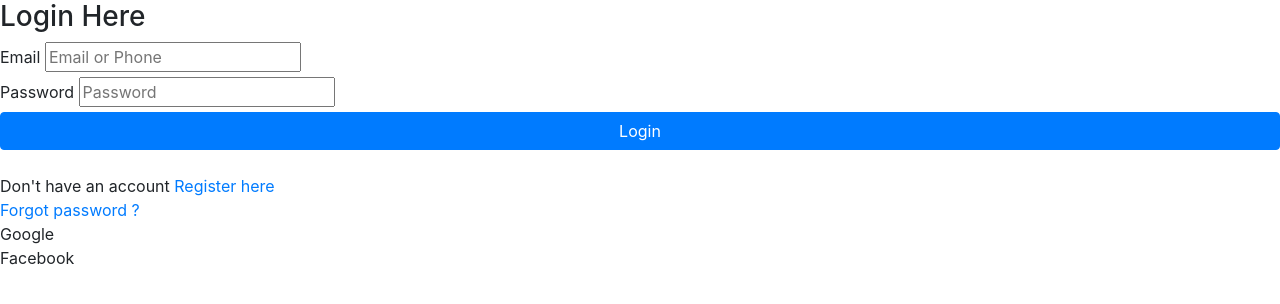
Repository: saroj304/sanolagani
Page: http://localhost/login
An editor plug-in stored every save of this project. The page is shown before and after the next save, followed by the edit.
The browser window is 1280 px wide. The pictures show the whole page.
The page is this project's Thymeleaf template; nobody is signed in. The template is opened directly, without the code that normally fills it, so the values that code supplies are empty.

Above is the page before, as saved 2023-05-29 02:27:01.

### sanolagani/src/main/resources/templates/login.html
<!DOCTYPE html>

<html xmlns="http://www.w3.org/1999/xhtml"
	xmlns:th="http://www.thymeleaf.org">
<head>
<link rel="stylesheet"
	href="https://cdn.jsdelivr.net/npm/bootstrap@4.5.3/dist/css/bootstrap.min.css"
	integrity="sha384-TX8t27EcRE3e/ihU7zmQxVncDAy5uIKz4rEkgIXeMed4M0jlfIDPvg6uqKI2xXr2"
	crossorigin="anonymous">
<!-- Design by foolishdeveloper.com -->
<title>LoginPage</title>



</head>
<body>

	<div class="background">
		<div class="shape"></div>
		<div class="shape"></div>
	</div>
	<form th:action="@{/processlogin}" method="post">

		<span th:if="${param.error}">
			<div class="alert alert-danger">User doesnot exist!!</div>
		</span>
		<h3>Login Here</h3>

		<div>
			<label for="username">Email</label> <input type="text"
				placeholder="Email or Phone" id="username" name="email">
		</div>

		<div>
			<label for="password">Password</label> <input type="password"
				name="password" placeholder="Password" id="password">
		</div>

		<input type="submit" value="Login" class="btn btn-primary btn-block">
		<br> <span>Don't have an account <a class="linkControl"
			th:href="@{/register}">Register here</a></span> <br> <a href=""
			th:href="@{/forgotpassword}">Forgot password ?</a> </input>
		<div class="social">
			<div class="go">
				<i class="fab fa-google"></i> Google
			</div>
			<div class="fb">
				<i class="fab fa-facebook"></i> Facebook
			</div>
		</div>
	</form>
	<script src="https://code.jquery.com/jquery-3.5.1.slim.min.js"
		integrity="sha384-DfXdz2htPH0lsSSs5nCTpuj/zy4C+OGpamoFVy38MVBnE+IbbVYUew+OrCXaRkfj"
		crossorigin="anonymous"></script>
	<script
		src="https://cdn.jsdelivr.net/npm/bootstrap@4.5.3/dist/js/bootstrap.bundle.min.js"
		integrity="sha384-ho+j7jyWK8fNQe+A12Hb8AhRq26LrZ/JpcUGGOn+Y7RsweNrtN/tE3MoK7ZeZDyx"
		crossorigin="anonymous"></script>
</body>
</html>

After the next save:
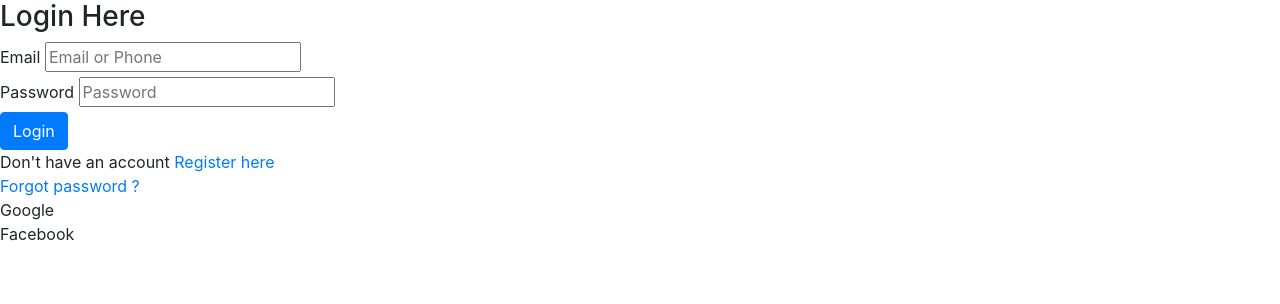
Saved 33 s later.
--- a/sanolagani/src/main/resources/templates/login.html
+++ b/sanolagani/src/main/resources/templates/login.html
@@ -36,7 +36,7 @@
 				name="password" placeholder="Password" id="password">
 		</div>
 
-		<input type="submit" value="Login" class="btn btn-primary btn-block">
+		<input type="submit" value="Login" class="btn btn-primary">
 		<br> <span>Don't have an account <a class="linkControl"
 			th:href="@{/register}">Register here</a></span> <br> <a href=""
 			th:href="@{/forgotpassword}">Forgot password ?</a> </input>
